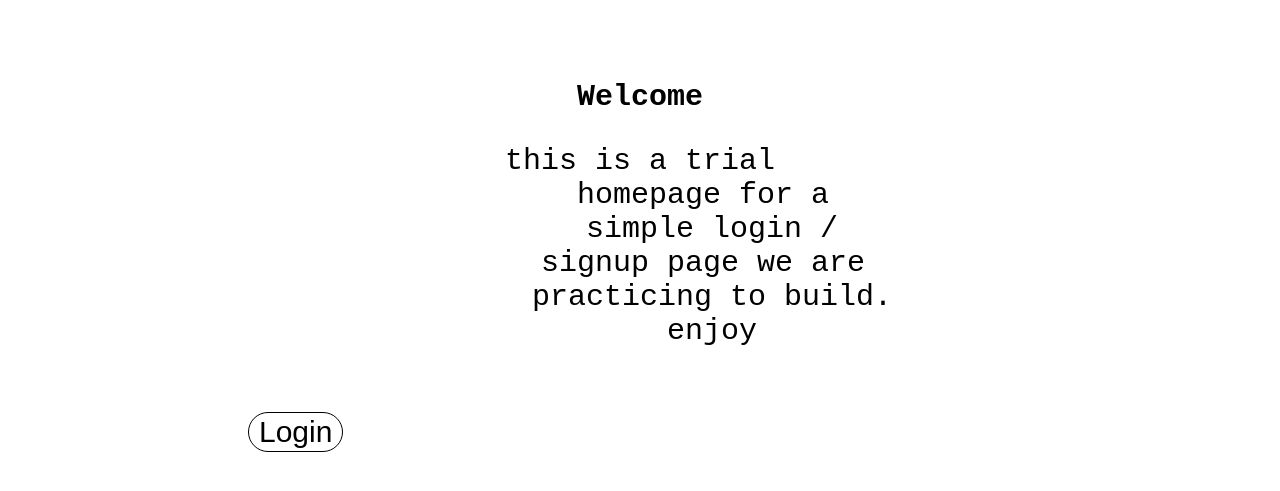
Repository: yhung004/TUTORIAL_PAGE
Page: home.html
An editor plug-in stored every save of this project. The page is shown before and after a run of saves, followed by the edit.
The browser window is 1280 px wide. The pictures show the whole page.

Above is the page before, as saved 2024-04-10 01:57:46.

After the next 2 saves:
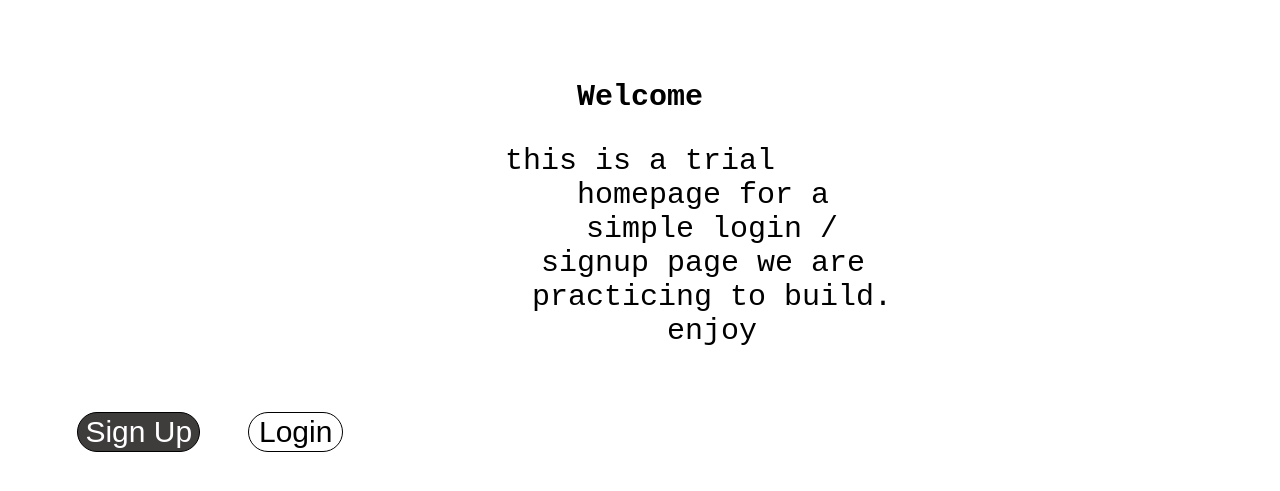
The 2 saves are shown as one change because they came seconds apart.
The last was saved 11 s later.
--- a/main.css
+++ b/main.css
@@ -20,7 +20,7 @@
 }
 .button_b {
     position: relative;
-    right: 500px;
+    right: 70px;
     border : 1px solid black;
     border-radius: 20px;
     background-color: rgb(63, 60, 60);
